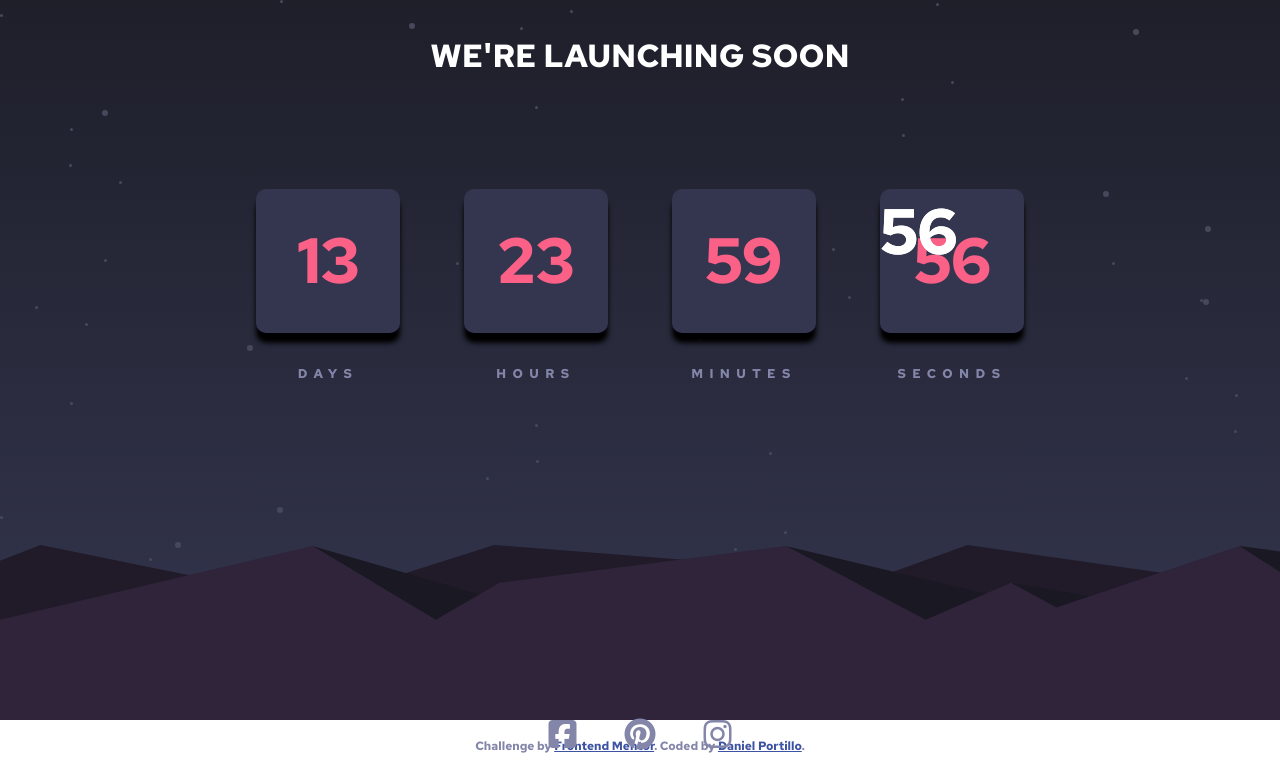
Repository: dportillo23/launch-countdown-timer-main
Page: index.html
These files come from the project's save history. The page is drawn as it stood at one moment and after the next save; the edit follows.
The browser window is 1280 px wide. The pictures show the whole page.
Some web libraries are served in a nearby version. The style sheet was rebuilt from its Sass, Less or Tailwind sources for each picture, by a compiler version that may differ from the author's.

Above is the page before, as saved 2021-06-28 18:13:54.

After the next save:
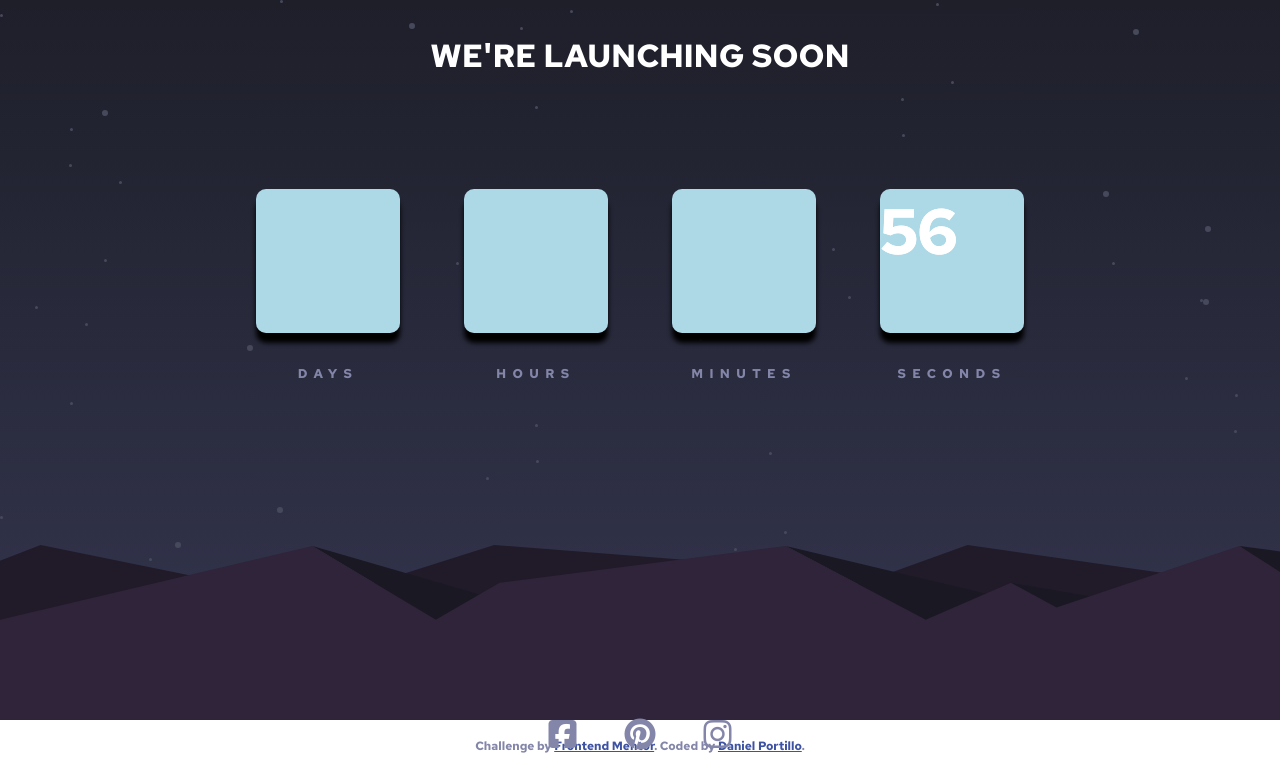
Saved 14 s later.
--- a/style.scss
+++ b/style.scss
@@ -80,6 +80,7 @@
         height: 100%;
         color: white;
         position: absolute;
+        background-color: lightblue;
         // top: 50%;
         // left: 50%;
         // transform: translate(-50%, -50%);

After the save that followed:
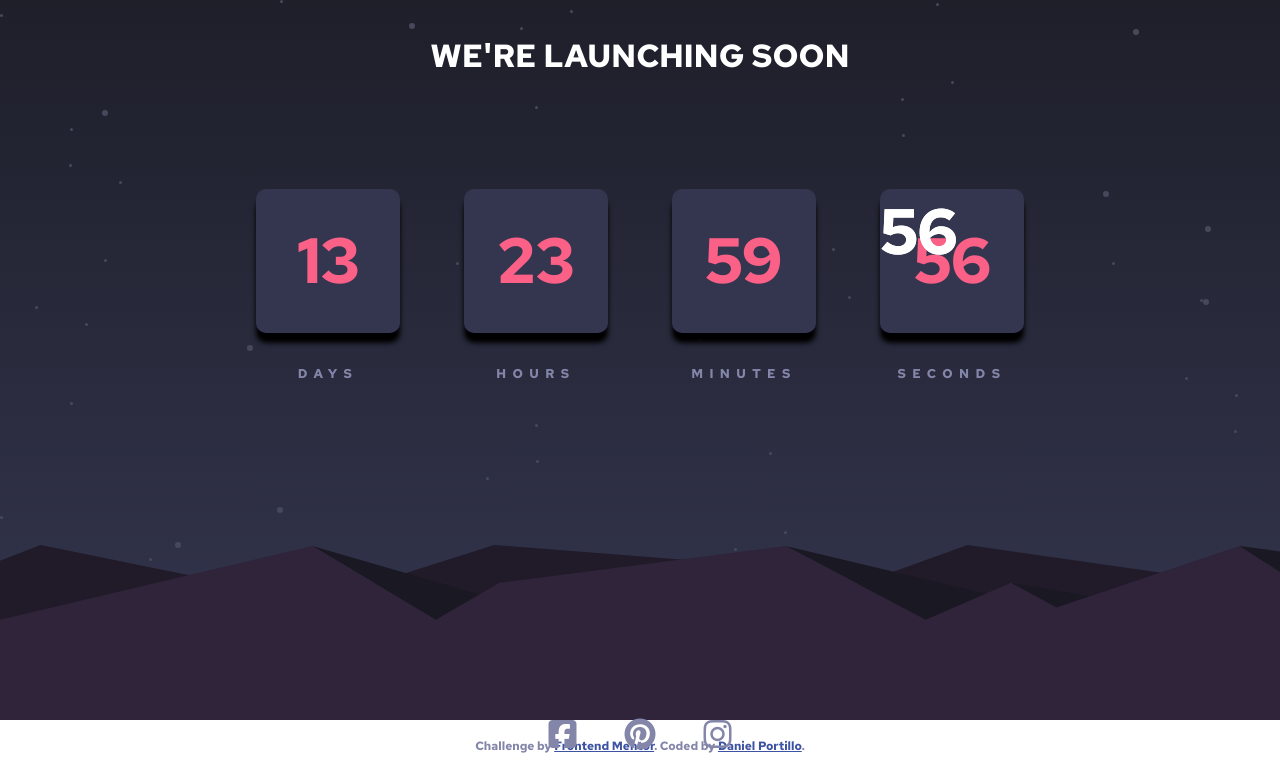
Saved 3 min 23 s later.
--- a/style.scss
+++ b/style.scss
@@ -80,7 +80,6 @@
         height: 100%;
         color: white;
         position: absolute;
-        background-color: lightblue;
         // top: 50%;
         // left: 50%;
         // transform: translate(-50%, -50%);
